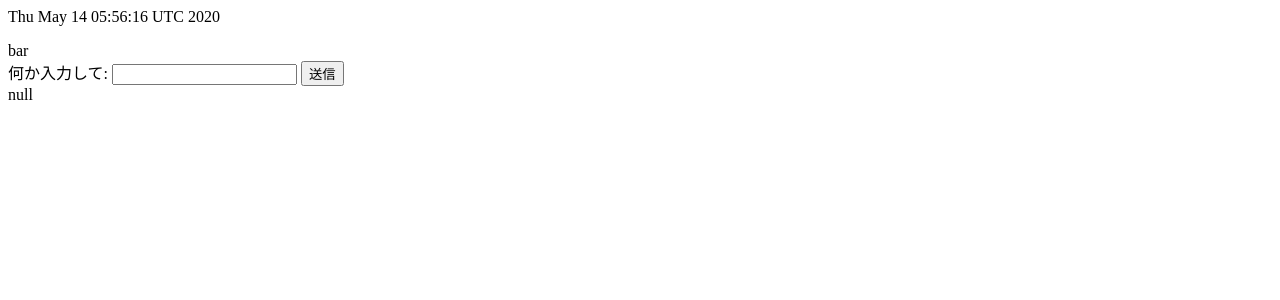
Repository: K-komei/TestApps_for_tomcat
Page: http://localhost/TodoList/TodoList
These files come from the project's save history. The page is drawn as it stood at one moment and after the next save; the edit follows.
The browser window is 1280 px wide. The pictures show the whole page.
The page is served by Tomcat 9.

Above is the page before, as saved 2020-05-14 06:32:06.

After the next save:
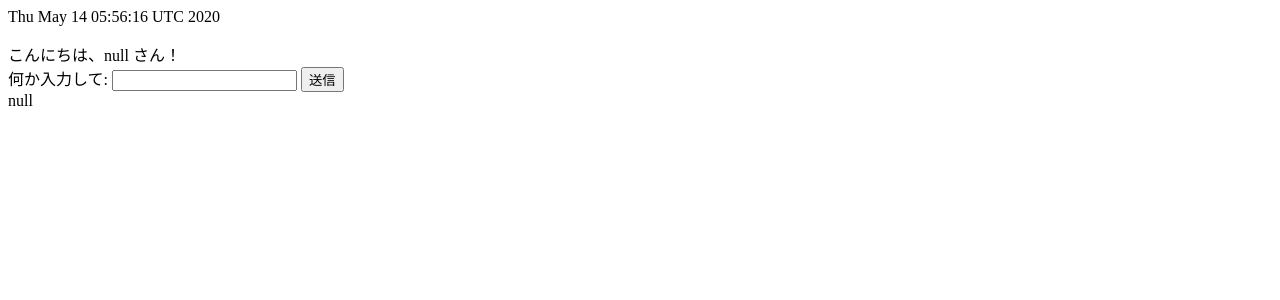
Saved 87 s later.
--- a/TodoList/WebContent/WEB-INF/view/index.jsp
+++ b/TodoList/WebContent/WEB-INF/view/index.jsp
@@ -9,7 +9,8 @@
 <body>
 <%= new java.util.Date() %>
 <p></p>
-<%= request.getAttribute("foo") %>
+
+ こんにちは、<%= request.getAttribute("userName") %> さん！
 
 
    <form method="post" action="./TodoList">
